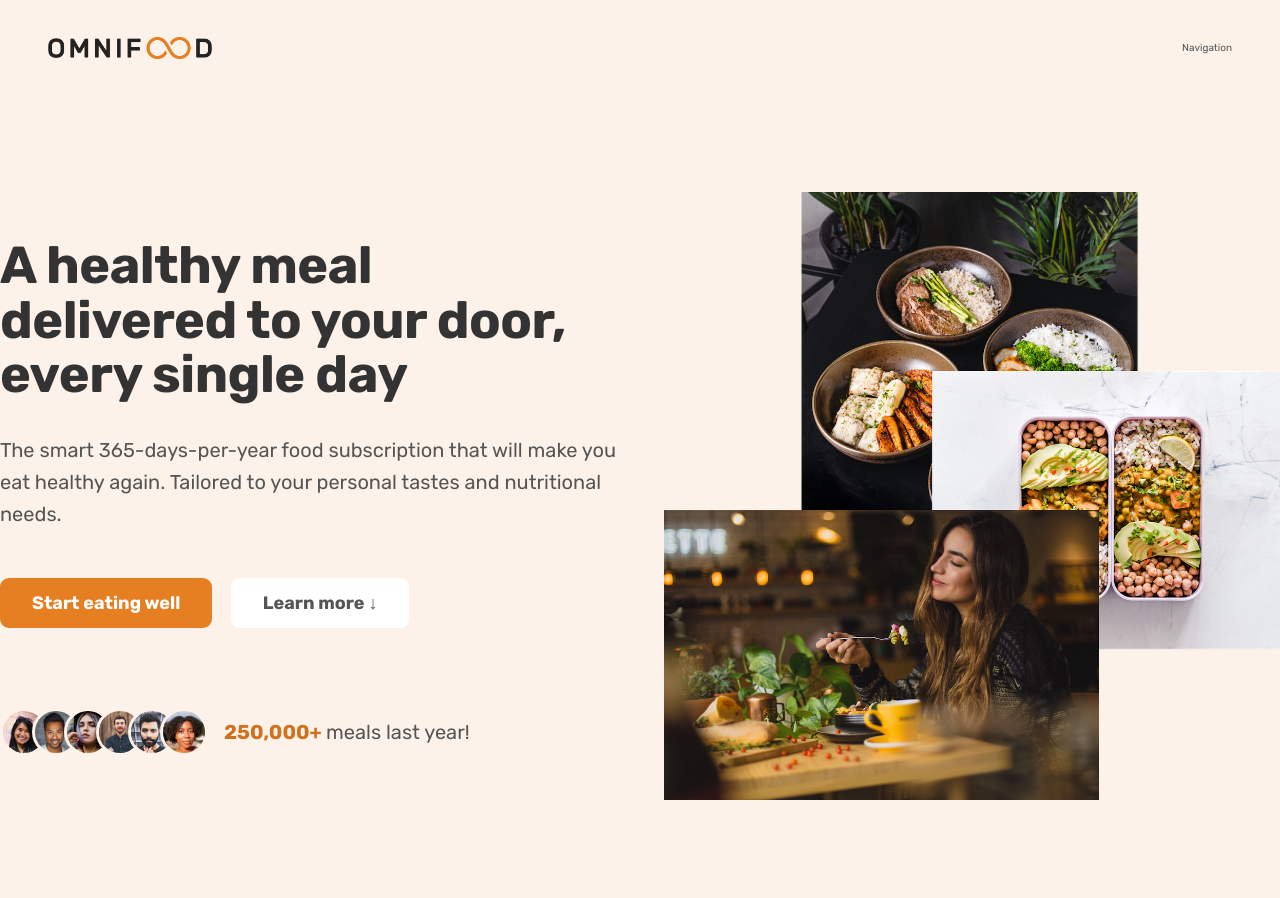
Repository: WefsCao/Omnifood
Page: index.html
The author's editor kept a copy of each file at every save. The page is drawn from the files as they stood at one save, then again after the next save.
The browser window is 1280 px wide. The pictures show the whole page.

Above is the page before, as saved 2022-06-04 14:19:08.

### index.html
<!DOCTYPE html>
<html lang="en">
  <head>
    <meta charset="UTF-8" />
    <meta http-equiv="X-UA-Compatible" content="IE=edge" />
    <meta name="viewport" content="width=device-width, initial-scale=1.0" />

    <link rel="preconnect" href="https://fonts.googleapis.com" />
    <link rel="preconnect" href="https://fonts.gstatic.com" crossorigin />
    <link
      href="https://fonts.googleapis.com/css2?family=Rubik:wght@400;500;600;700&display=swap"
      rel="stylesheet"
    />

    <link rel="stylesheet" href="./css/style.css" />
    <title>Omnifood</title>
  </head>
  <body>
    <header class="header">
      <img class="logo" src="img/omnifood-logo.png" alt="heder of logo" />

      <nav>Navigation</nav>
    </header>
    <main>
      <section class="section-hero">
        <div class="hero">
          <div class="hero-text-box">
            <h1 class="heading-primary">
              A healthy meal delivered to your door, every single day
            </h1>
            <p class="hero-description">
              The smart 365-days-per-year food subscription that will make you
              eat healthy again. Tailored to your personal tastes and
              nutritional needs.
            </p>
            <a href="#" class="btn btn--full margin-ringht-sm"
              >Start eating well</a
            >
            <a href="#" class="btn btn--outline">Learn more &darr;</a>
            <div class="delivered-meals">
              <div class="delivered-imgs">
                <img src="img/customers/customer-1.jpg" />
                <img src="img/customers/customer-2.jpg" />
                <img src="img/customers/customer-3.jpg" />
                <img src="img/customers/customer-4.jpg" />
                <img src="img/customers/customer-5.jpg" />
                <img src="img/customers/customer-6.jpg" />
              </div>
              <div class="delivered-text">
                <span>250,000+ </span>meals last year!
              </div>
            </div>
          </div>
          <div class="hero-img-box">
            <img src="img/hero.png" alt="Hero of image" class="hero-img" />
          </div>
        </div>
      </section>
    </main>
  </body>
</html>

### css/style.css
/*
--- 01 TYPOGRAPHY
- Font size system (px)
    10 / 12 / 14 / 16 / 18 / 20 / 24 / 30 / 36 / 44 / 52 / 62 / 74 / 86 / 98

- Font weights:
Default: 400

- Line heights:
Default: 1


--- 02 COLOR

- Primary: #e67e22
- Tints: #fdf2e9
- Shades: #cf711f
- Accents:
- Grey:
 #555
 #333

 --- 05 SHADOW

 --- 06 BORDER RADIUS

 --- 07 WHITE SPACES
 - Spacing system (px)
 2 / 4 / 8 / 12 / 16 / 24 / 32 / 48 / 64 / 80 / 96 / 128
*/
html {
  font-size: 62.5%;
}
* {
  margin: 0;
  padding: 0;
  box-sizing: border-box;
}
body {
  font-family: "Rubik", sans-serif;
  color: #555;
  font-weight: 400;
  line-height: 1;
}

/****************************************/
/* GENERAL REUSE COMPONENTS */
/****************************************/
.heading-primary {
  font-size: 5.2rem;
  line-height: 1.05;
  color: #333;
  font-weight: 700;
  letter-spacing: -0.5px;
  margin-bottom: 3.2rem;
}

.btn--full:link,
.btn--full:visited {
  background-color: #e67e22;
  color: #fff;
}
.btn--full:hover,
.btn--full:active {
  background-color: #cf711f;
}
.margin-ringht-sm {
  margin-right: 1.6rem;
}

/****************************************/
/* HEADER */
/****************************************/
.header {
  display: flex;
  align-items: center;
  justify-content: space-between;
  height: 9.6rem;
  padding: 0 4.8rem;
  background-color: #fdf2e9;
}
.logo {
  height: 2.2rem;
}

/****************************************/
/* HERO */
/****************************************/
.section-hero {
  background-color: #fdf2e9;
  padding: 9.6rem 0;
}

.hero {
  display: grid;
  grid-template-columns: 1fr 1fr;
  gap: 4.8rem;
  align-items: center;
  max-width: 130rem;
  margin: 0 auto;
}

.hero-description {
  font-size: 2rem;
  line-height: 1.6;
  margin-bottom: 4.8rem;
}
.btn:link,
.btn:visited {
  outline: none;
  display: inline-block;
  padding: 1.6rem 3.2rem;
  font-size: 1.8rem;
  font-weight: 700;
  border-radius: 9px;
  text-decoration: none;
  transition: background-color 0.3s;
}

.btn--outline:link,
.btn--outline:visited {
  background-color: #fff;
  color: #555;
}
.btn--outline:hover,
.btn--outline:active {
  background-color: #fdf2e9;
  box-shadow: inset 0 0 0 3px #fff;
}

.delivered-meals {
  display: flex;
  align-items: center;
  gap: 1.6rem;
  margin-top: 8rem;
}
.delivered-imgs {
  display: flex;
}
.delivered-imgs img {
  width: 4.8rem;
  height: 4.8rem;
  border-radius: 50%;
  border: 3px solid #fdf2e9;
  margin-right: -1.6rem;
}
.delivered-imgs img:last-child {
  margin: 0;
}
.delivered-text {
  font-size: 2rem;
}
.delivered-text span {
  font-weight: 700;
  color: #cf711f;
}
.hero-img {
  width: 100%;
}

After the next save:
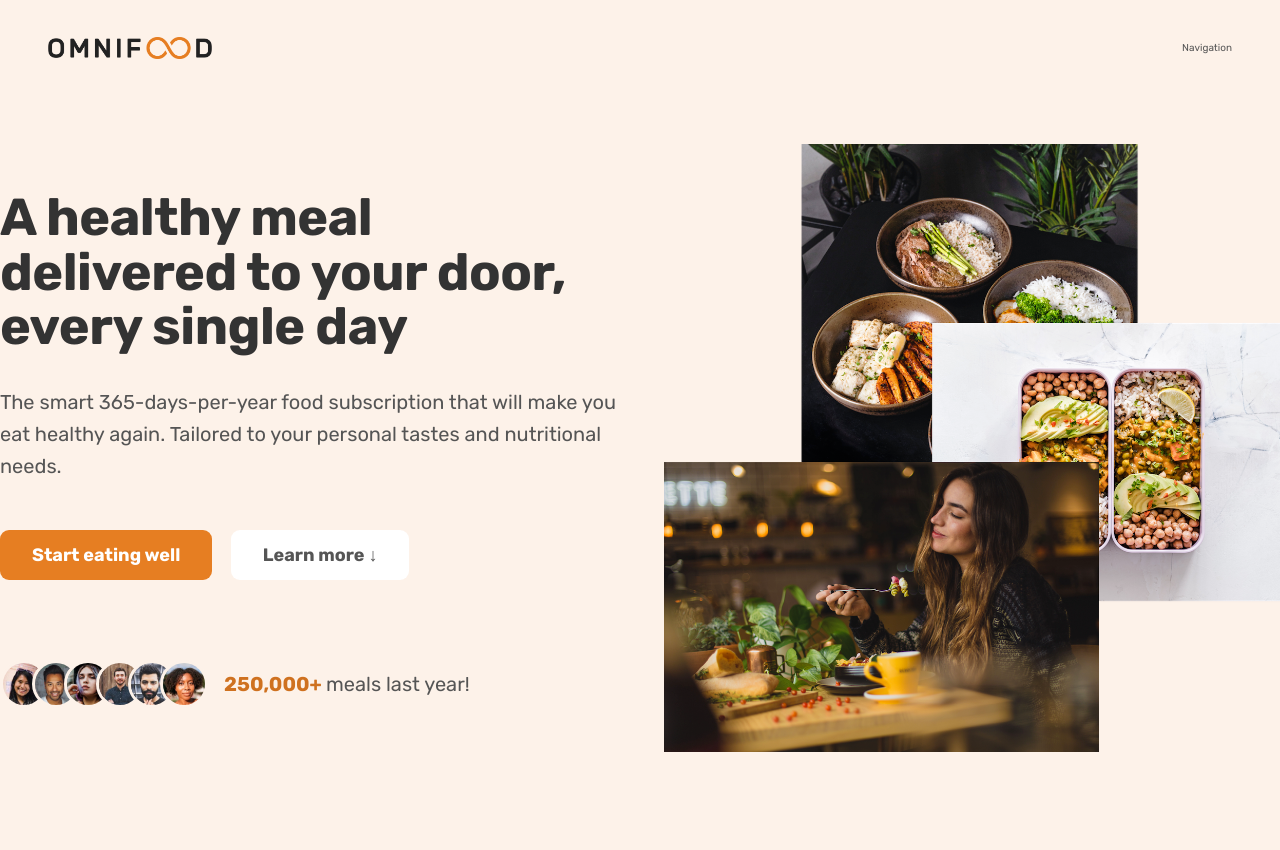
Saved 35 s later.
--- a/css/style.css
+++ b/css/style.css
@@ -88,7 +88,7 @@
 /****************************************/
 .section-hero {
   background-color: #fdf2e9;
-  padding: 9.6rem 0;
+  padding: 4.8rem 0 9.6rem 0;
 }
 
 .hero {
